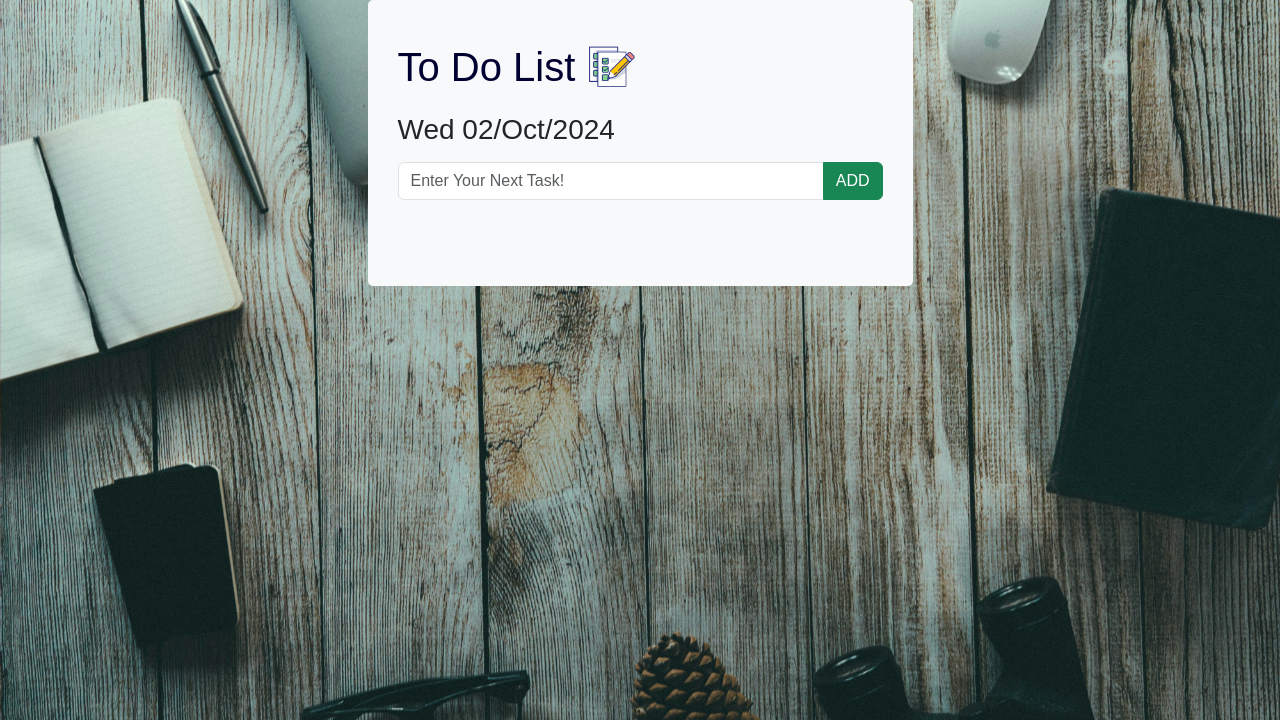
Repository: zeinawady/To_Do_List
Page: index.html
The author's editor kept a copy of each file at every save. The page is drawn from the files as they stood at one save, then again after a run of saves.
The browser window is 1280 px wide. The pictures show the whole page.
Some web libraries are served in a nearby version.

Above is the page before, as saved 2024-10-02 02:50:48.

### index.html
<!DOCTYPE html>
<html lang="en">

<head>
    <meta charset="UTF-8">
    <meta name="viewport" content="width=device-width, initial-scale=1.0">
    <title>To Do list</title>
    <link href="https://cdn.jsdelivr.net/npm/bootstrap@5.3.3/dist/css/bootstrap.min.css" rel="stylesheet" integrity="sha384-QWTKZyjpPEjISv5WaRU9OFeRpok6YctnYmDr5pNlyT2bRjXh0JMhjY6hW+ALEwIH" crossorigin="anonymous">
    <link rel="stylesheet" href="https://cdnjs.cloudflare.com/ajax/libs/font-awesome/6.6.0/css/all.min.css" integrity="sha512-Kc323vGBEqzTmouAECnVceyQqyqdsSiqLQISBL29aUW4U/M7pSPA/gEUZQqv1cwx4OnYxTxve5UMg5GT6L4JJg==" crossorigin="anonymous" referrerpolicy="no-referrer" />
    <link rel="stylesheet" href="css/style.css">
</head>

<body>
<div class="app">
    <div class="container">
        <div class="todo-app bg-body-tertiary m-auto">
            <h1>To Do List <img src="images/todolistpng.png" alt="to-do-list" class="logo"></h1>
           <h3 id="date"></h3>
            <div class="input-group mb-3">
                <input type="text"  class="form-control" id="input-box" placeholder="Enter Your Next Task!" aria-label="Enter Your Next Task!" aria-describedby="button">
                <button class="btn btn-success" onclick="addTask()">ADD</button>

            </div>
            <ul id="list-container">
                <!-- <li class="checked">Task 0</li>
                <li>Task 1</li> -->
            </ul>
        </div>

</div>
    </div>
    <script src="https://cdn.jsdelivr.net/npm/bootstrap@5.3.3/dist/js/bootstrap.bundle.min.js" integrity="sha384-YvpcrYf0tY3lHB60NNkmXc5s9fDVZLESaAA55NDzOxhy9GkcIdslK1eN7N6jIeHz" crossorigin="anonymous"></script>
    <script src="script.js"></script>
</body>

</html>

### css/style.css
* {
    margin: 0;
    padding: 0;
    box-sizing: border-box;
    font-family: Arial, Helvetica, sans-serif;
}

:root {
    --font-color: rgb(1, 1, 49);
}

li {
    list-style: none;
}
.app{
    background-image: url(../images/background3.jpg);
    background-position: center;
    background-size: cover;
    background-repeat: no-repeat;
    height: 100vh;
}

.todo-app {
    max-width: 545px;
    /* margin: 100px auto; */
    padding: 40px 30px 70px;
    border-radius: 5px;
    transition: 0.5s;
    position: relative;
}

.todo-app:hover {
    box-shadow: 4px 5px rgb(114, 114, 114);

}

.todo-app h1 {
    color: var(--font-color);
    display: flex;
    align-items: center;
    margin-bottom: 20px;

}
#date{
    margin-bottom: 15px;
}

.logo {
    width: 53px;
    margin-left: 10px;
}

.form {
    background-color: #efe2e2;
    border-radius: 10px;
}


ul li {
    position: relative;
    font-size: 17px;
    padding: 12px 2px 12px 40px;
    user-select: none;
    cursor: pointer;
}

ul li::before {
    content: '';
    position: absolute;
    height: 28px;
    width: 28px;
    border-radius: 50%;
    background-image: url(../images/unchecked.png);
    background-size: cover;
    background-position: center;
    left: 1px;
    top: 8px;
}

ul li.checked {
    color: #555;
    text-decoration: line-through;

}

ul li.checked::before {
    color: #666;
    background-image: url(../images/checked.png);
}

ul li span {
    position: absolute;
    right: 0;
    top: 10px;
    font-size: 20px;
    color: #555;
}

ul li button{
    position: absolute;
    right: 35px;
    top: 2px;

}

### script.js
let listContainer = document.getElementById("list-container");
let inputBox = document.getElementById("input-box");
let currentDate = document.getElementById("date");
function addTask() {
    if (inputBox.value === '') {
        alert("No Task Added!");
    }
    else {
        let li = document.createElement("li");
        li.innerHTML = inputBox.value;
        listContainer.appendChild(li);
        let xSign = document.createElement("span");
        // xSign.innerHTML = '\u00d7';  // x sign code
        xSign.classList.add('fa-solid','fa-trash')
        li.appendChild(xSign);

        let editBtn = document.createElement("button");
        editBtn.classList.add('btn', 'btn-outline-success', 'fas', 'fa-edit');
        li.appendChild(editBtn);
    }
    inputBox.value = "";  //so that input text become empty again
    saveTask();

}

inputBox.addEventListener("keydown", function (e) {
    if (e.key === "Enter") {
        e.preventDefault();
        addTask();
    }
});

listContainer.addEventListener("click", function (e) {
    //e is the event object contains info about event & target element that was clicked.
    if (e.target.tagName === "LI") {
        e.target.classList.toggle("checked");
        saveTask();
    }
    else if (e.target.tagName === "SPAN") {
        e.target.parentElement.remove();
        saveTask();

    }
    else if (e.target.tagName === "BUTTON") {
        let li = e.target.parentElement;
        let currentTask = li.firstChild.textContent;
        let newTask = prompt("Edit Your Task: ", currentTask);
        if (newTask !== null && newTask.trim() !== "") {
            li.firstChild.textContent = newTask;
            saveTask();
        }
    }
})

function saveTask() {
    localStorage.setItem("Task", listContainer.innerHTML);
}
function showTask() {
    listContainer.innerHTML = localStorage.getItem("Task");
}
showTask();

function displayDate() {
    let date = new Date();
    date = date.toString().split(" ");
    currentDate.innerHTML = date[0] + " " + date[2] + '/' + date[1] + '/' + date[3];
    console.log();
}
window.onload = displayDate();

After the next 2 saves:
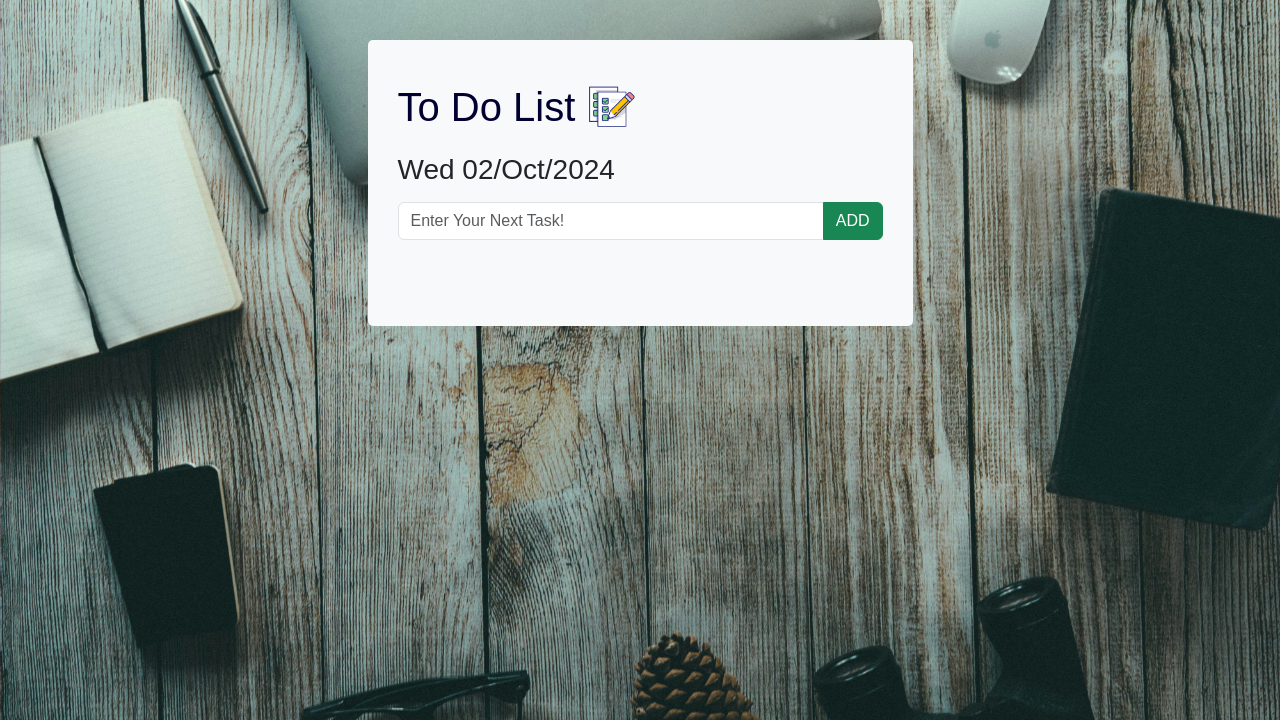
The 2 saves are shown as one change because they came seconds apart.
The last was saved 12 s later.
--- a/css/style.css
+++ b/css/style.css
@@ -27,6 +27,7 @@ li {
     border-radius: 5px;
     transition: 0.5s;
     position: relative;
+    top: 40px;
 }
 
 .todo-app:hover {
